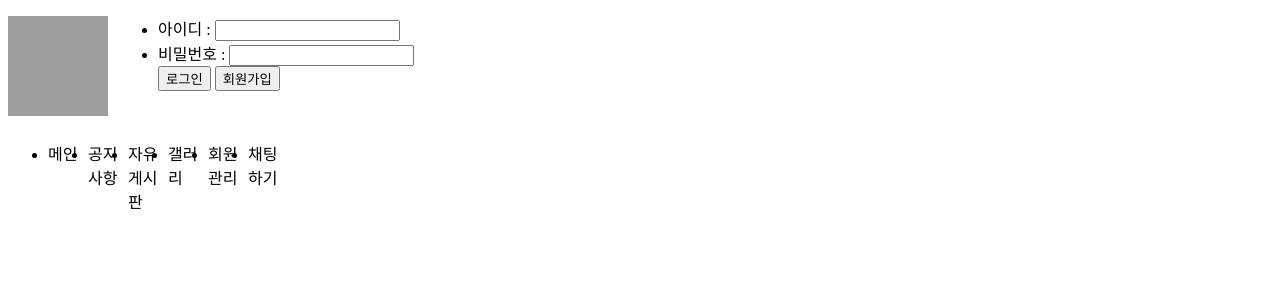
Repository: giwon8701/Qclass_KH
Page: Workspace_Java/testWebProject/WebContent/test2.html
An editor plug-in stored every save of this project. The page is shown before and after a run of saves, followed by the edit.
The browser window is 1280 px wide. The pictures show the whole page.
Pictures or frames that could not be fetched are drawn as grey boxes.

Above is the page before, as saved 2021-01-11 03:00:15.

After the next 2 saves:
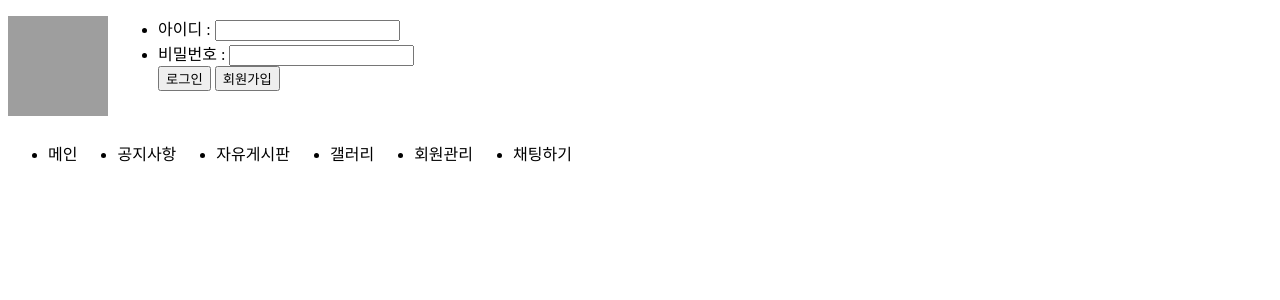
The 2 saves are shown as one change because they came seconds apart.
The last was saved 44 s later.
--- a/Workspace_Java/testWebProject/WebContent/test2.html
+++ b/Workspace_Java/testWebProject/WebContent/test2.html
@@ -5,7 +5,7 @@
 <style>
 .nav li {
 	float: left;
-	width: 40px;
+	margin-right: 40px;
 }
 </style>
 </head>
